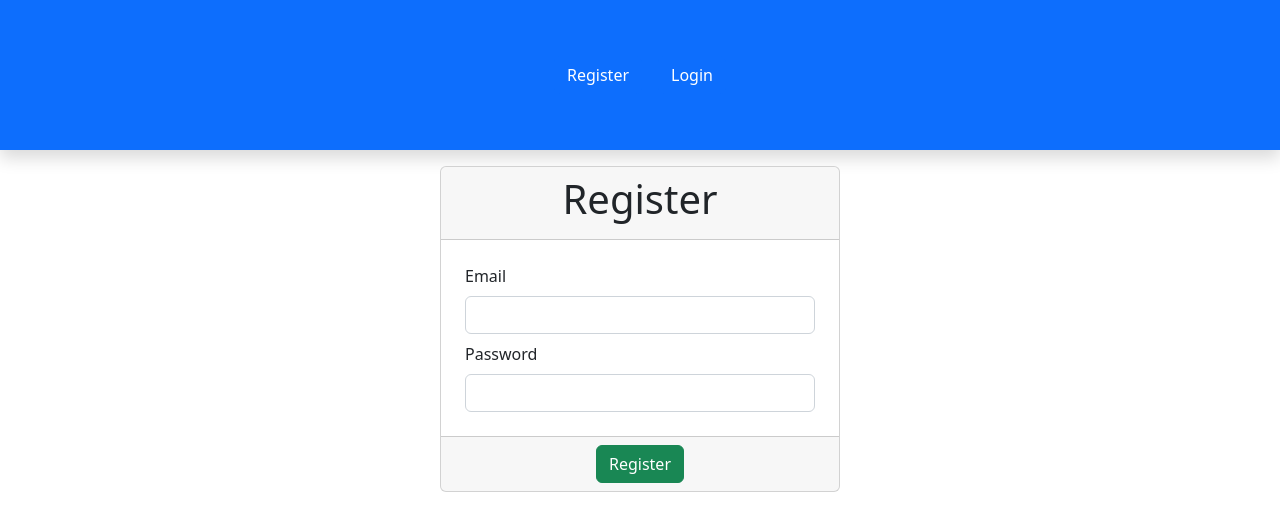
Repository: loveleii/firebase-login-logout
Page: /
An editor plug-in stored every save of this project. The page is shown before and after a run of saves, followed by the edit.
The browser window is 1280 px wide. The pictures show the whole page.
The project was rebuilt for these pictures with package versions that can differ from the ones it lists, and the page was loaded fresh each time. Also part of the build but not shown: vite.config.ts, src/views/loginView.vue, src/assets/main.css.

Above is the page before, as saved 2023-03-04 19:43:41.

After the next 2 saves:
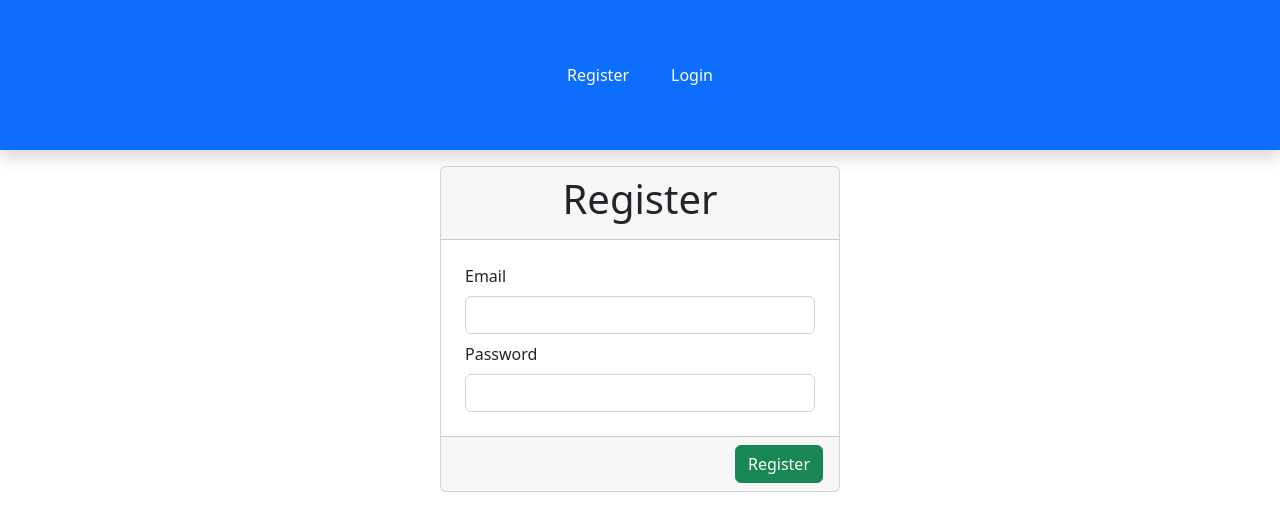
The 2 saves are shown as one change because they came seconds apart.
The last was saved 6 s later.
--- a/src/views/registerView.vue
+++ b/src/views/registerView.vue
@@ -16,7 +16,7 @@
 
         </div>
         <div class="card-footer">
-            <div class="form-group">
+            <div class="form-group float-end">
                 <button class="btn btn-success">Register</button>
             </div>
         </div>
